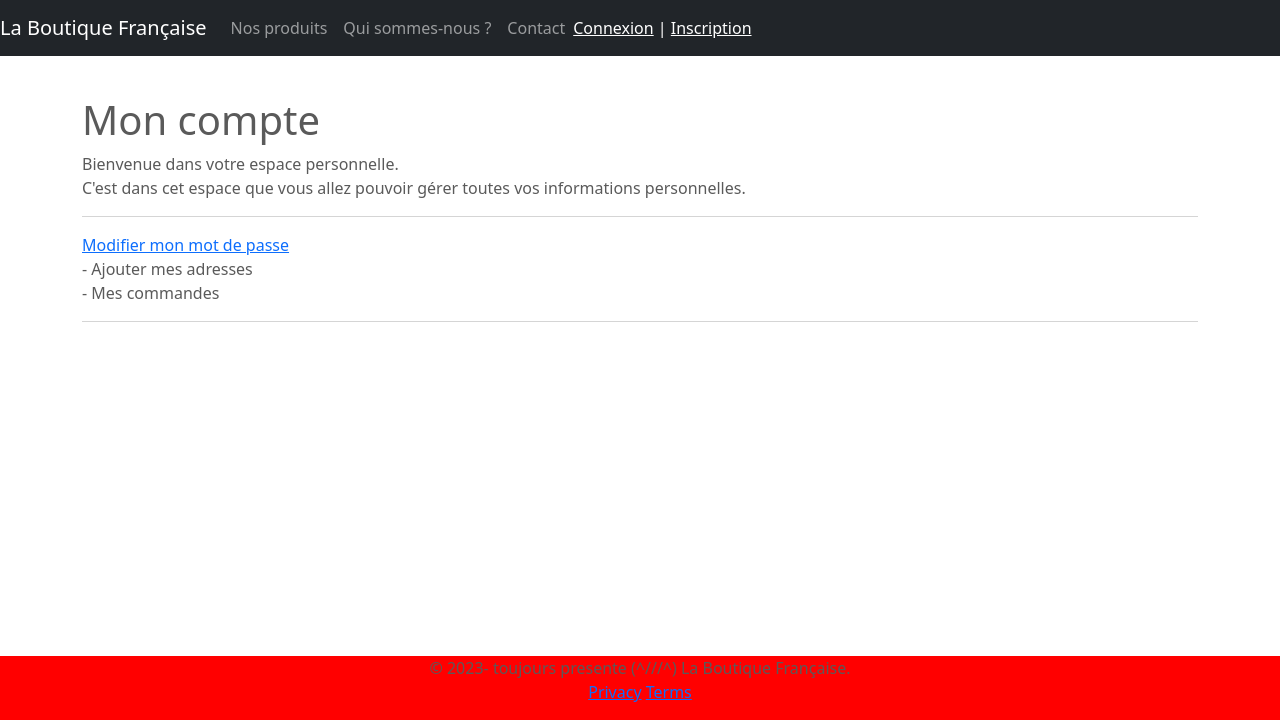
Repository: Coulibaly00180/laboutiquefrancaise
Page: templates/account/index.html.twig
The author's editor kept a copy of each file at every save. The page is drawn from the files as they stood at one save, then again after the next save.
The browser window is 1280 px wide. The pictures show the whole page.
The page is a Twig template of a Symfony application; nobody is signed in and links lead nowhere. The template is opened directly, without the code that normally fills it, so the values that code supplies are empty.

Above is the page before, as saved 2023-03-03 17:57:55.

### templates/account/index.html.twig
{% extends 'base.html.twig' %}

{% block title %}Mon compte - La Boutique Française{% endblock %}

{% block content %}
    <h1>Mon compte</h1>
    Bienvenue {{ app.user.firstName}} dans votre espace personnelle. <br>
    C'est dans cet espace que vous allez pouvoir gérer toutes vos informations personnelles.<br>
    <hr>
    <a href="{{ path('app_account_password') }}">Modifier mon mot de passe</a> <br>
    -   Ajouter mes adresses<br>
    -   Mes commandes<br>
    <hr>
{% endblock %}

### templates/base.html.twig
<!doctype html>
<html lang="fr">
<head>
    <meta charset="utf-8">
    <meta name="viewport" content="width=device-width, initial-scale=1, shrink-to-fit=no">
    <meta name="description" content="">
    <meta name="author" content="Coulibaly Abdoulaye Christian">
    <meta name="generator" content="Jekyll v4.1.1">
    <title>{% block title %}La Boutique Française - 100% Made in French{% endblock %}</title>

    <!-- Bootstrap core CSS -->
    <link href="{{ asset('assets/css/bootstrap.min.css') }}" rel="stylesheet">
    <link href="{{ asset('assets/css/style.css') }}" rel="stylesheet">

    <style>
        .bd-placeholder-img {
            font-size: 1.125rem;
            text-anchor: middle;
            -webkit-user-select: none;
            -moz-user-select: none;
            -ms-user-select: none;
            user-select: none;
        }

        @media (min-width: 768px) {
            .bd-placeholder-img-lg {
                font-size: 3.5rem;
            }
        }
    </style>
    <!-- Custom styles for this template -->
    <link href="{{ asset('assets/css/carousel.css') }}" rel="stylesheet">
</head>
<body>
    <header>
        <nav class="navbar navbar-expand-md navbar-dark fixed-top bg-dark">
            <a class="navbar-brand" href="{{path('app_home') }}">La Boutique Française</a>
            <button class="navbar-toggler" type="button" data-toggle="collapse" data-target="#navbarCollapse" aria-controls="navbarCollapse" aria-expanded="false" aria-label="Toggle navigation">
                <span class="navbar-toggler-icon"></span>
            </button>
            <div class="collapse navbar-collapse" id="navbarCollapse">
                <ul class="navbar-nav mr-auto">
                    <li class="nav-item active">
                        <a class="nav-link" href="#">Nos produits</a>
                    </li>
                    <li class="nav-item">
                        <a class="nav-link" href="#">Qui sommes-nous ?</a>
                    </li>
                    <li class="nav-item">
                        <a class="nav-link" href="#">Contact</a>
                    </li>
                </ul>

                <div class="navbar-item-custom">
                    {% if app.user %}
                        <a href=" {{path('app_account') }}">Mon compte <small>( {{app.user.lastName}} )</small></a> | <a href=" {{ path('app_logout') }}">Déconnexion</a>
                    {% else %}
                        <a href=" {{ path('app_login') }}">Connexion</a> | <a href="{{ path('app_register') }}">Inscription</a>
                    {% endif %}
                </div>

            </div>
        </nav>
    </header>

    <main role="main">

        {% if block('carousel') is defined %}

        <div id="myCarousel" class="carousel slide" data-ride="carousel">
            <ol class="carousel-indicators">
                <li data-target="#myCarousel" data-slide-to="0" class="active"></li>
                <li data-target="#myCarousel" data-slide-to="1"></li>
                <li data-target="#myCarousel" data-slide-to="2"></li>
            </ol>
            <div class="carousel-inner">
                <div class="carousel-item active">
                    <svg class="bd-placeholder-img" width="100%" height="100%" xmlns="http://www.w3.org/2000/svg" preserveAspectRatio="xMidYMid slice" focusable="false" role="img"><rect width="100%" height="100%" fill="#777"/></svg>
                    <div class="container">
                        <div class="carousel-caption text-left">
                            <h1>Example headline.</h1>
                            <p>Cras justo odio, dapibus ac facilisis in, egestas eget quam. Donec id elit non mi porta gravida at eget metus. Nullam id dolor id nibh ultricies vehicula ut id elit.</p>
                            <p><a class="btn btn-lg btn-primary" href="#" role="button">Sign up today</a></p>
                        </div>
                    </div>
                </div>
                <div class="carousel-item">
                    <svg class="bd-placeholder-img" width="100%" height="100%" xmlns="http://www.w3.org/2000/svg" preserveAspectRatio="xMidYMid slice" focusable="false" role="img"><rect width="100%" height="100%" fill="#777"/></svg>
                    <div class="container">
                        <div class="carousel-caption">
                            <h1>Another example headline.</h1>
                            <p>Cras justo odio, dapibus ac facilisis in, egestas eget quam. Donec id elit non mi porta gravida at eget metus. Nullam id dolor id nibh ultricies vehicula ut id elit.</p>
                            <p><a class="btn btn-lg btn-primary" href="#" role="button">Learn more</a></p>
                        </div>
                    </div>
                </div>
                <div class="carousel-item">
                    <svg class="bd-placeholder-img" width="100%" height="100%" xmlns="http://www.w3.org/2000/svg" preserveAspectRatio="xMidYMid slice" focusable="false" role="img"><rect width="100%" height="100%" fill="#777"/></svg>
                    <div class="container">
                        <div class="carousel-caption text-right">
                            <h1>One more for good measure.</h1>
                            <p>Cras justo odio, dapibus ac facilisis in, egestas eget quam. Donec id elit non mi porta gravida at eget metus. Nullam id dolor id nibh ultricies vehicula ut id elit.</p>
                            <p><a class="btn btn-lg btn-primary" href="#" role="button">Browse gallery</a></p>
                        </div>
                    </div>
                </div>
            </div>
            <a class="carousel-control-prev" href="#myCarousel" role="button" data-slide="prev">
                <span class="carousel-control-prev-icon" aria-hidden="true"></span>
                <span class="sr-only">Previous</span>
            </a>
            <a class="carousel-control-next" href="#myCarousel" role="button" data-slide="next">
                <span class="carousel-control-next-icon" aria-hidden="true"></span>
                <span class="sr-only">Next</span>
            </a>
        </div>

        {% endif %}


        <!-- Marketing messaging and featurettes
        ================================================== -->
        <!-- Wrap the rest of the page in another container to center all the content. -->

        <div class="container marketing {% if block('carousel') is not defined %} mt-5 {% endif %}">

            {% block content %}

            {% endblock %}

        </div><!-- /.container -->

        <!-- FOOTER -->
        <footer class="footer-custom">
            <p>&copy; 2023- toujours presente (^///^) La Boutique Française. <br>
                <a href="#">Privacy</a> <a href="#">Terms</a>
            </p>
        </footer>
    </main>
    <script src="https://code.jquery.com/jquery-3.5.1.slim.min.js"></script>
    <script src="{{ asset('assets/js/bootstrap.bundle.js') }}"></script>
</body>
</html>

### public/assets/css/style.css
.navbar-item-custom, .navbar-item-custom a{
    color: #fff;
}

.footer-custom{
    text-align: center;
    position: absolute;
    bottom: 0;
    width: 100%;
    background-color: red;
}

### public/assets/css/carousel.css
/* GLOBAL STYLES
-------------------------------------------------- */
/* Padding below the footer and lighter body text */

body {
    padding-top: 3rem;
    padding-bottom: 3rem;
    color: #5a5a5a;
}


/* CUSTOMIZE THE CAROUSEL
-------------------------------------------------- */

/* Carousel base class */
.carousel {
    margin-bottom: 4rem;
}
/* Since positioning the image, we need to help out the caption */
.carousel-caption {
    bottom: 3rem;
    z-index: 10;
}

/* Declare heights because of positioning of img element */
.carousel-item {
    height: 32rem;
}
.carousel-item > img {
    position: absolute;
    top: 0;
    left: 0;
    min-width: 100%;
    height: 32rem;
}


/* MARKETING CONTENT
-------------------------------------------------- */

/* Center align the text within the three columns below the carousel */
.marketing .col-lg-4 {
    margin-bottom: 1.5rem;
    text-align: center;
}
.marketing h2 {
    font-weight: 400;
}
.marketing .col-lg-4 p {
    margin-right: .75rem;
    margin-left: .75rem;
}


/* Featurettes
------------------------- */

.featurette-divider {
    margin: 5rem 0; /* Space out the Bootstrap <hr> more */
}

/* Thin out the marketing headings */
.featurette-heading {
    font-weight: 300;
    line-height: 1;
    letter-spacing: -.05rem;
}


/* RESPONSIVE CSS
-------------------------------------------------- */

@media (min-width: 40em) {
    /* Bump up size of carousel content */
    .carousel-caption p {
        margin-bottom: 1.25rem;
        font-size: 1.25rem;
        line-height: 1.4;
    }

    .featurette-heading {
        font-size: 50px;
    }
}

@media (min-width: 62em) {
    .featurette-heading {
        margin-top: 7rem;
    }
}

Loaded but not shown: public/assets/css/bootstrap.min.css (library); public/assets/js/bootstrap.bundle.js (library)

After the next save:
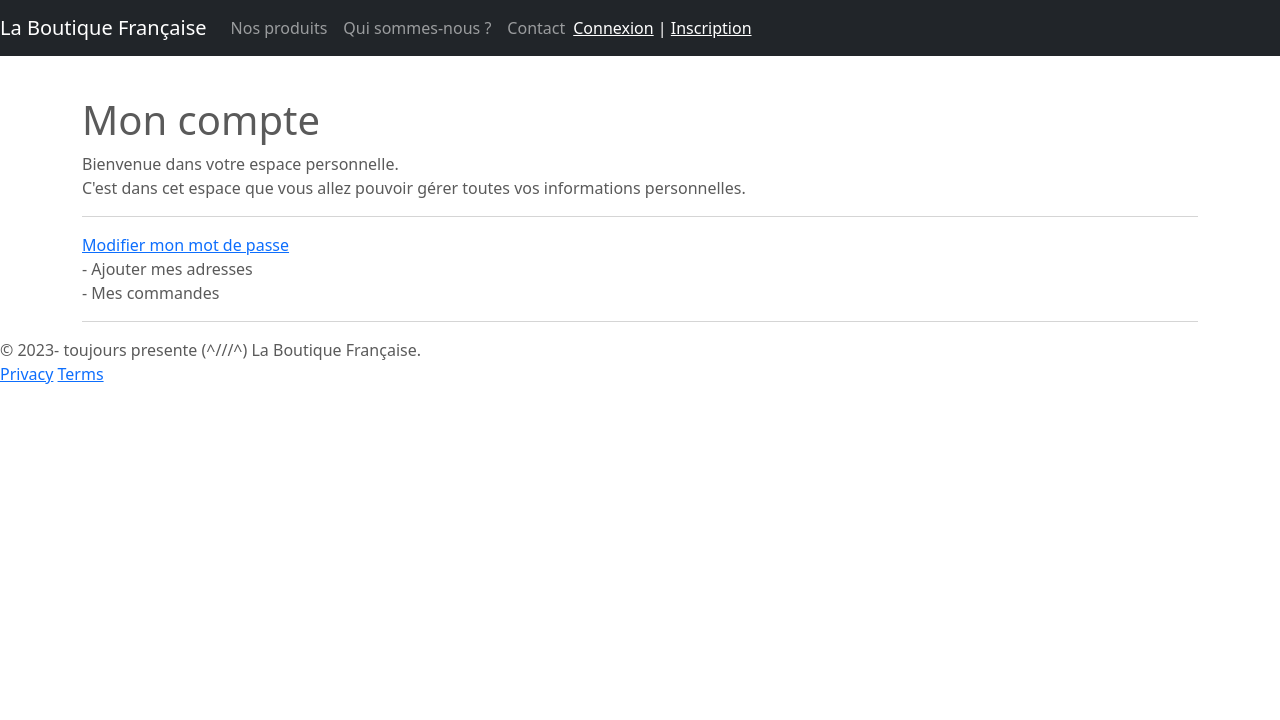
Saved 11 s later.
--- a/public/assets/css/style.css
+++ b/public/assets/css/style.css
@@ -1,6 +1,6 @@
 .navbar-item-custom, .navbar-item-custom a{
     color: #fff;
-}
+};
 
 .footer-custom{
     text-align: center;
